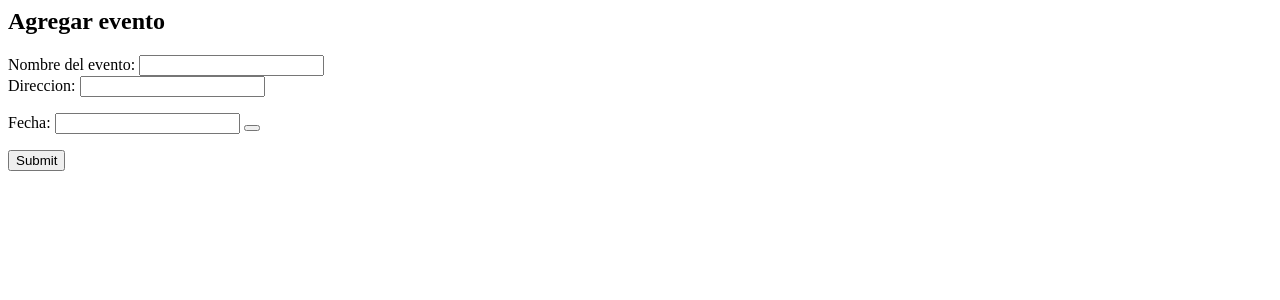
Repository: matucasal/agenda-2018
Page: public/partials/add_event.html
The author's editor kept a record of every edit. The page is drawn from the files as they stood at one moment, then again after the next edit.
The browser window is 1280 px wide. The pictures show the whole page.

Above is the page before.

After the next edit:
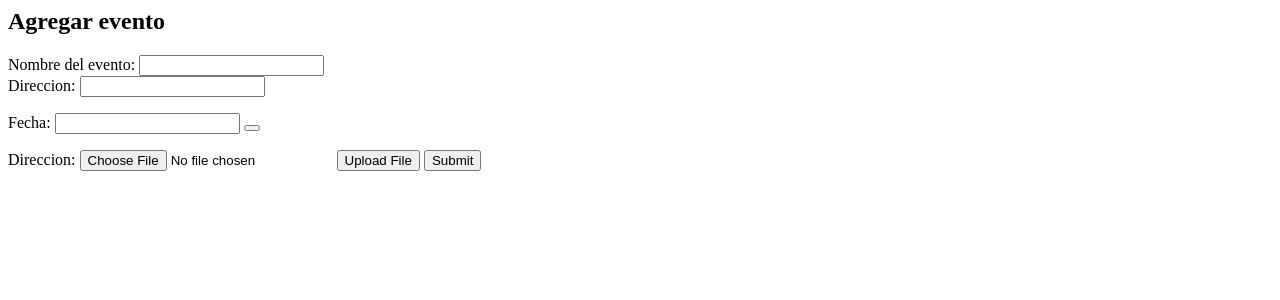
The edit:
--- a/public/partials/add_event.html
+++ b/public/partials/add_event.html
@@ -31,6 +31,11 @@
               </span>
             </p>
         </div>
+                <div class="form-group">
+            <label for="direccion">Direccion:</label>
+
+         <input type = "file" file-model = "myFile"/>
+   <button ng-click = "uploadFile()">Upload File</button>
 
 
 
